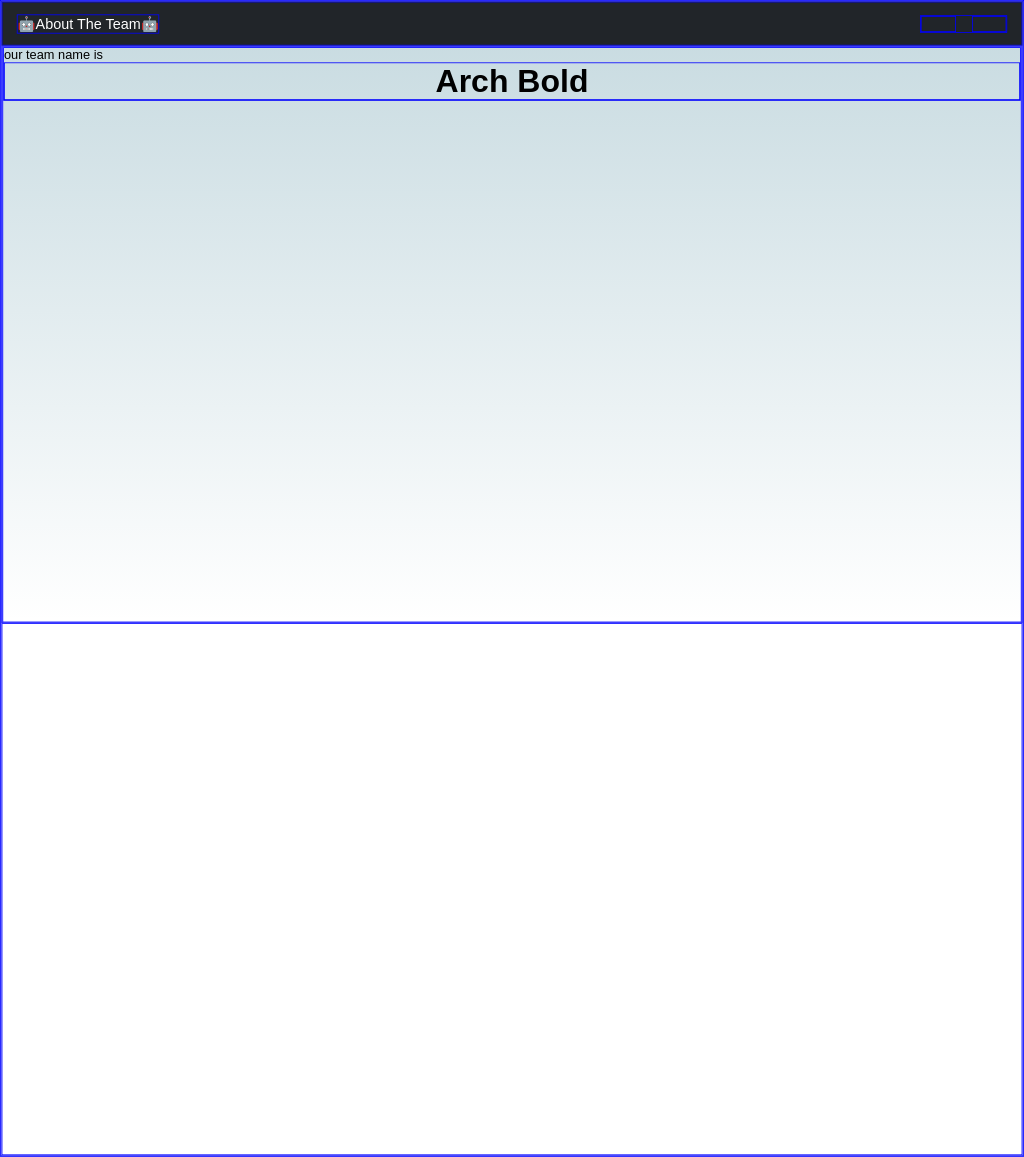
Repository: ammarsetiawan/gps-traker
Page: about.html
These files come from the project's save history. The page is drawn as it stood at one moment and after the next save; the edit follows.
The browser window is 1280 px wide. The pictures show the whole page, at 80% of full size.

Above is the page before, as saved 2025-11-25 17:13:57.

After the next save:
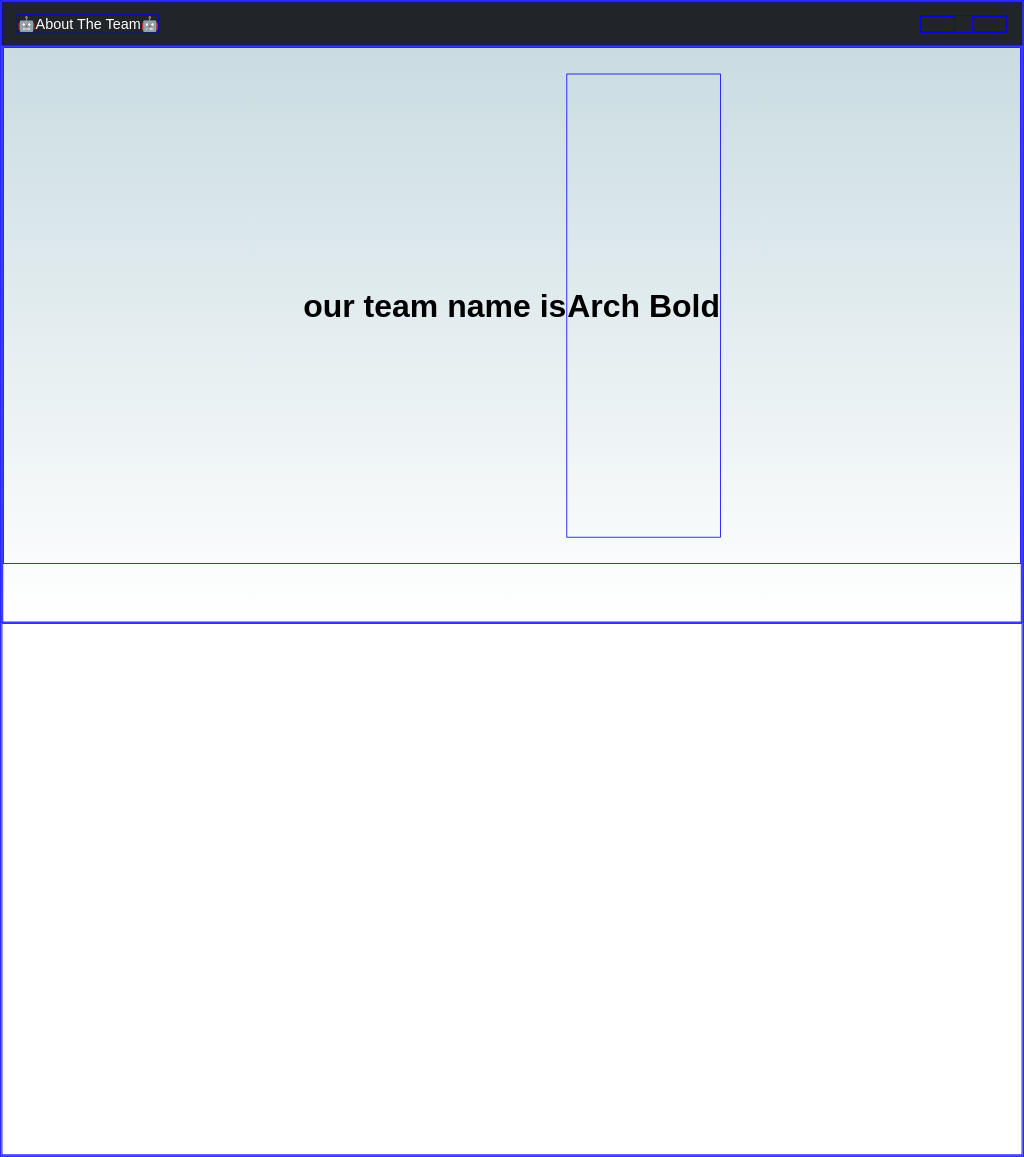
Saved 10 s later.
--- a/about.html
+++ b/about.html
@@ -66,7 +66,8 @@
         height: 100dvh;
     }
 
-    .container span {
+    .container,
+    span {
         height: 90%;
         display: flex;
         justify-content: center;
